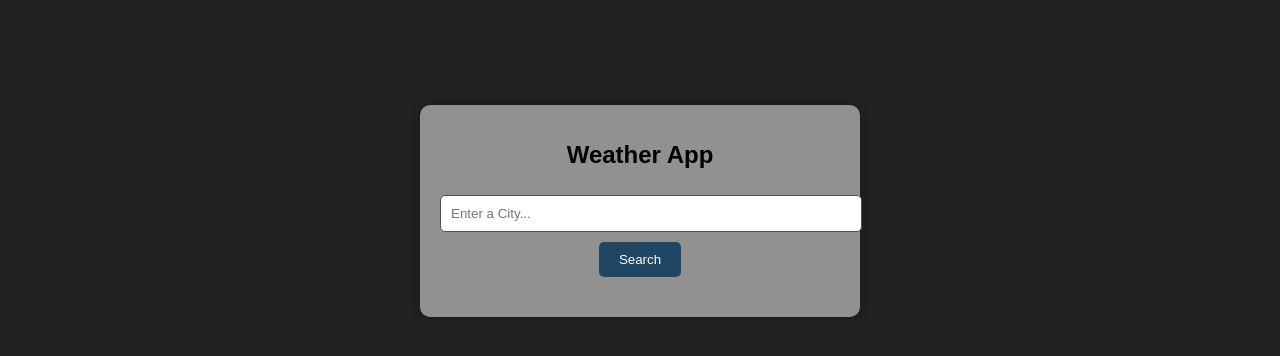
Repository: Dharshinimk-521/weather-app
Page: index.html
An editor plug-in stored every save of this project. The page is shown before and after the next save, followed by the edit.
The browser window is 1280 px wide. The pictures show the whole page.

Above is the page before, as saved 2026-04-18 17:23:43.

After the next save:
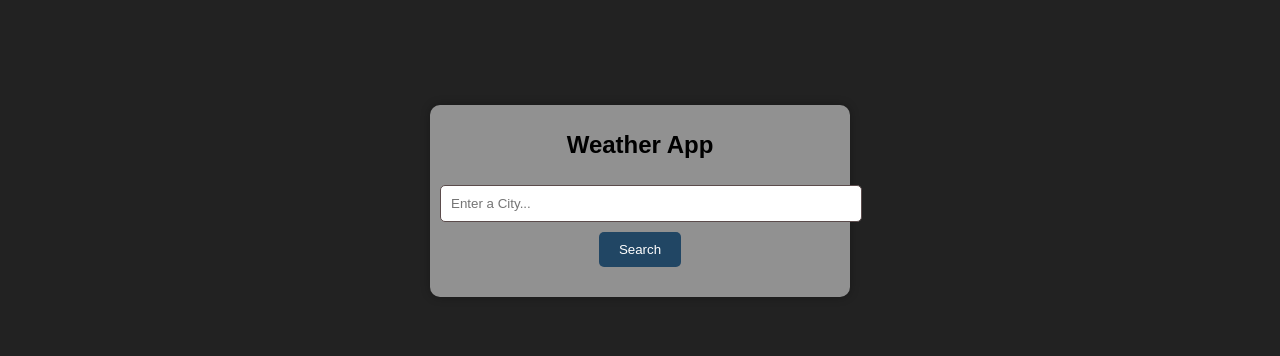
Saved 60 s later.
--- a/style.css
+++ b/style.css
@@ -12,6 +12,7 @@
     border-radius: 10px;
     box-shadow: 0 0 10px rgba(0, 0, 0, 0.3); /* Adjust the alpha value here for the box shadow transparency */
     margin-top: 105px;
+    padding:10px
 }
 
 h1 {

After the save that followed:
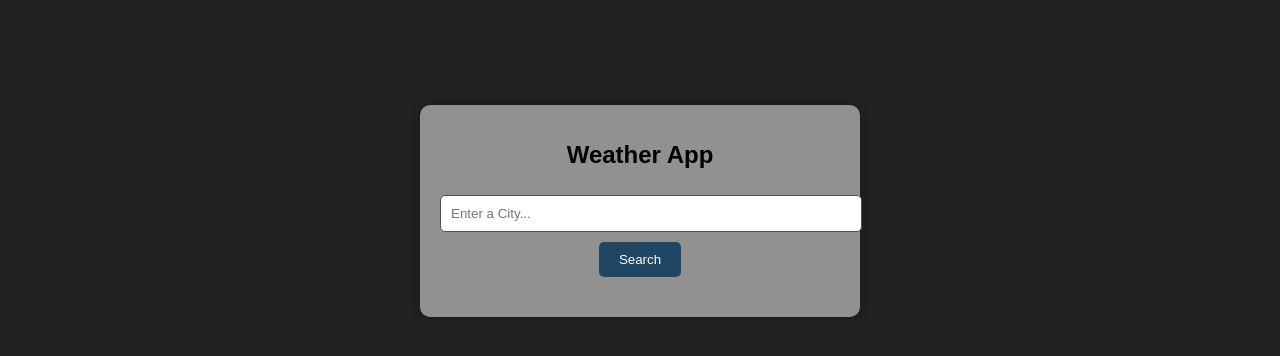
Saved 7 s later.
--- a/style.css
+++ b/style.css
@@ -12,7 +12,7 @@
     border-radius: 10px;
     box-shadow: 0 0 10px rgba(0, 0, 0, 0.3); /* Adjust the alpha value here for the box shadow transparency */
     margin-top: 105px;
-    padding:10px
+
 }
 
 h1 {
